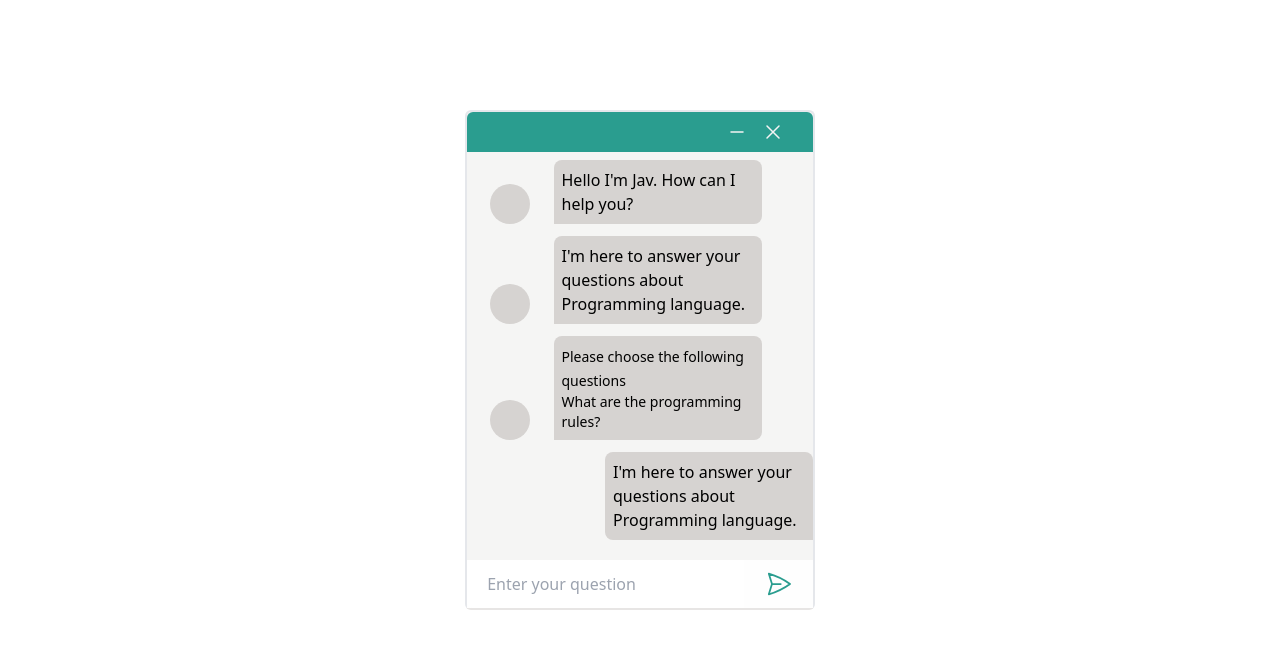
Repository: hsumyatm7308/Chatbot
Page: index.html
The author's editor kept a copy of each file at every save. The page is drawn from the files as they stood at one save, then again after the next save.
The browser window is 1280 px wide. The pictures show the whole page.
Some web libraries are served in a nearby version.

Above is the page before, as saved 2023-07-09 12:35:24.

### index.html
<!DOCTYPE html>
<html>

<head>
    <title>Chat Bot</title>
    <script src="https://cdn.tailwindcss.com"></script>
</head>

<body class="bg-[#fffff]">

    <div class="w-screen h-screen flex justify-center items-center   container">
        <div class="w-[350px] h-[500px] bg-[#f4f4f4] border-2 border-b-stone-200 rounded-md relative chatbot-container">
            <div
                class="w-full h-10 text-[#f4f4f4] bg-[#2a9d8f] rounded-tl-md rounded-tr-md flex justify-end items-center">
                <svg xmlns="http://www.w3.org/2000/svg" fill="none" viewBox="0 0 24 24" stroke-width="1.5"
                    stroke="currentColor" class="w-6 h-6 mr-3">
                    <path stroke-linecap="round" stroke-linejoin="round" d="M18 12H6" />
                </svg>

                <svg xmlns="http://www.w3.org/2000/svg" fill="none" viewBox="0 0 24 24" stroke-width="1.5"
                    stroke="currentColor" class="w-6 h-6 mr-7">
                    <path stroke-linecap="round" stroke-linejoin="round" d="M6 18L18 6M6 6l12 12" />
                </svg>

            </div>

            <div class="w-full h-[410px] bg-stone-100 overflow-y-scroll">
                <div class="w-full grid grid-cols-4 flex profile-side mt-2 mb-3">
                    <div class="w-full h-auto flex justify-center items-end">
                        <div class="w-10 h-10 rounded-full bg-stone-300">

                        </div>
                    </div>
                    <div class=" col-span-3">
                        <div class="w-full h-auto ">
                            <div class="w-52 h-full bg-stone-300 rounded-lg rounded-bl-none p-2">
                                <span>Hello I'm Jav. How can I help you?</span>
                            </div>
                        </div>
                    </div>
                </div>


                <div class="w-full grid grid-cols-4 flex profile-side mt-2 mb-3">
                    <div class="w-full h-auto flex justify-center items-end">
                        <div class="w-10 h-10 rounded-full bg-stone-300">

                        </div>
                    </div>
                    <div class=" col-span-3">
                        <div class="w-full h-auto ">
                            <div class="w-52 h-full bg-stone-300 rounded-lg rounded-bl-none p-2">
                                <span>I'm here to answer your questions about Programming language.</span>
                            </div>
                        </div>
                    </div>
                </div>



                <div class="w-full grid grid-cols-4 flex profile-side mt-2 mb-3">
                    <div class="w-full h-auto flex justify-center items-end">
                        <div class="w-10 h-10 rounded-full bg-stone-300">

                        </div>
                    </div>
                    <div class=" col-span-3">
                        <div class="w-full h-auto ">
                            <div class="w-52 h-full bg-stone-300 rounded-lg rounded-bl-none p-2">
                                <span>
                                    <span class="text-sm">Please choose the following questions</span>
                                    <ul>
                                        <li class="text-sm"><a href="">What are the programming rules?</a></li>
                                    </ul>
                                </span>
                            </div>
                        </div>
                    </div>
                </div>


                <!-- from cus -->
                <div class="w-full  flex justify-end  profile-side mt-2 mb-3">
                    <div>
                        <div class="w-full h-auto  flex justify-end">
                            <div class="w-52 h-full bg-stone-300 rounded-lg rounded-br-none  p-2">
                                <span>I'm here to answer your questions about Programming language.</span>
                            </div>
                        </div>
                    </div>



                </div>

            </div>




            <div class="w-full h-12 bg-red-100 absolute bottom-0 z-10">
                <form action="" class="w-full h-12 bg-[#fefefe] flex justify-between items-center">
                    <input type="text" class="w-[80%] h-full  rounded-bl-md p-4" placeholder=" Enter your question">

                    <button type="submit" class="mr-5">
                        <svg xmlns="http://www.w3.org/2000/svg" fill="none" viewBox="0 0 24 24" stroke-width="1.5"
                            stroke="currentColor" class="w-7 h-7 text-[#2a9d8f]">
                            <path stroke-linecap="round" stroke-linejoin="round"
                                d="M6 12L3.269 3.126A59.768 59.768 0 0121.485 12 59.77 59.77 0 013.27 20.876L5.999 12zm0 0h7.5" />
                        </svg>

                    </button>
                </form>
            </div>


        </div>


    </div>


</body>

</html>

After the next save:
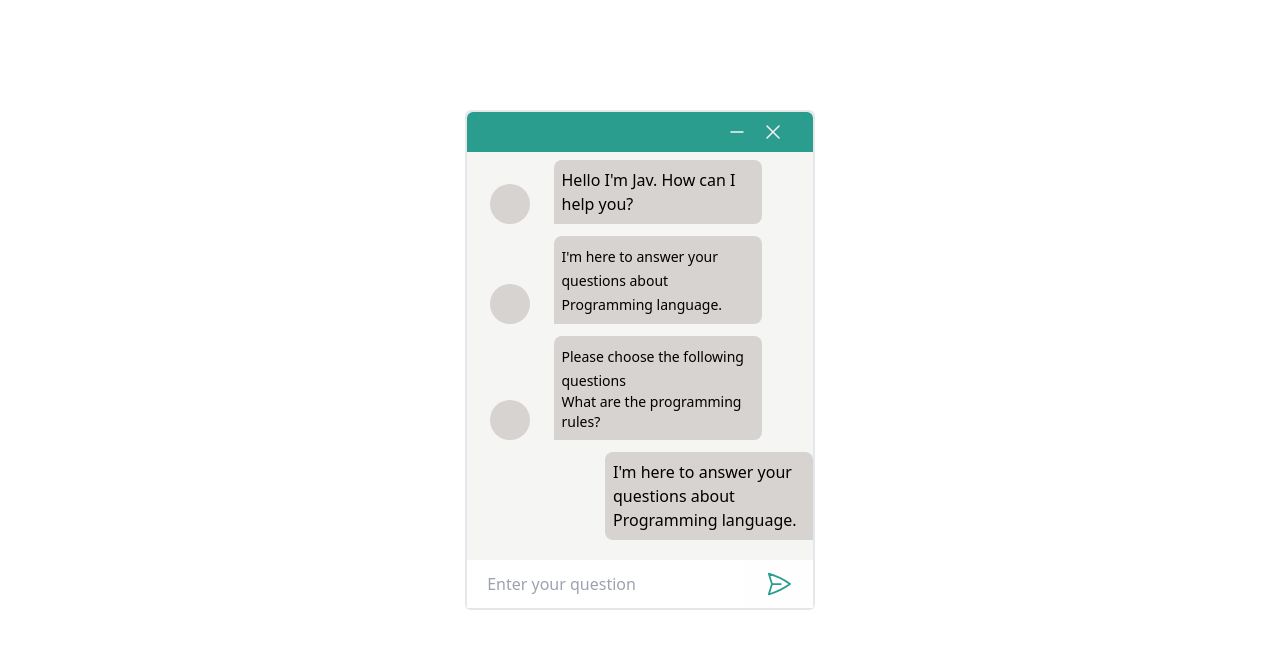
Saved 6 s later.
--- a/index.html
+++ b/index.html
@@ -50,7 +50,7 @@
                     <div class=" col-span-3">
                         <div class="w-full h-auto ">
                             <div class="w-52 h-full bg-stone-300 rounded-lg rounded-bl-none p-2">
-                                <span>I'm here to answer your questions about Programming language.</span>
+                                <span class="text-sm">I'm here to answer your questions about Programming language.</span>
                             </div>
                         </div>
                     </div>

After the save that followed:
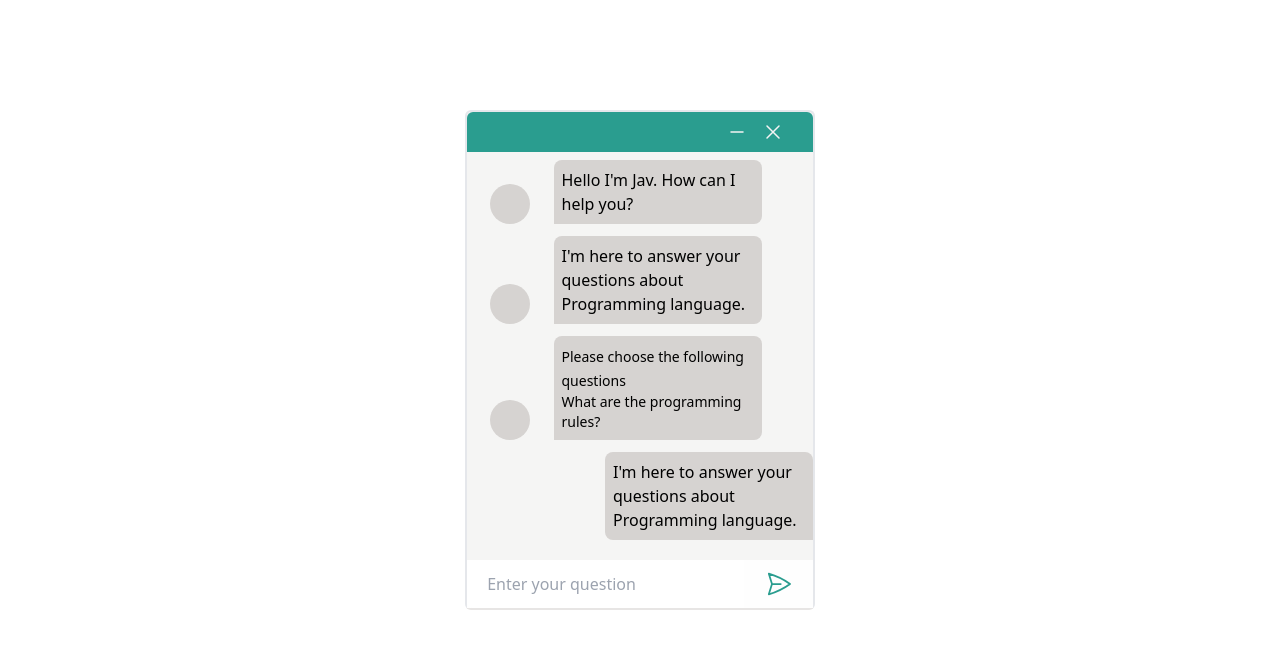
Saved 16 s later.
--- a/index.html
+++ b/index.html
@@ -50,7 +50,7 @@
                     <div class=" col-span-3">
                         <div class="w-full h-auto ">
                             <div class="w-52 h-full bg-stone-300 rounded-lg rounded-bl-none p-2">
-                                <span class="text-sm">I'm here to answer your questions about Programming language.</span>
+                                <span class="">I'm here to answer your questions about Programming language.</span>
                             </div>
                         </div>
                     </div>
